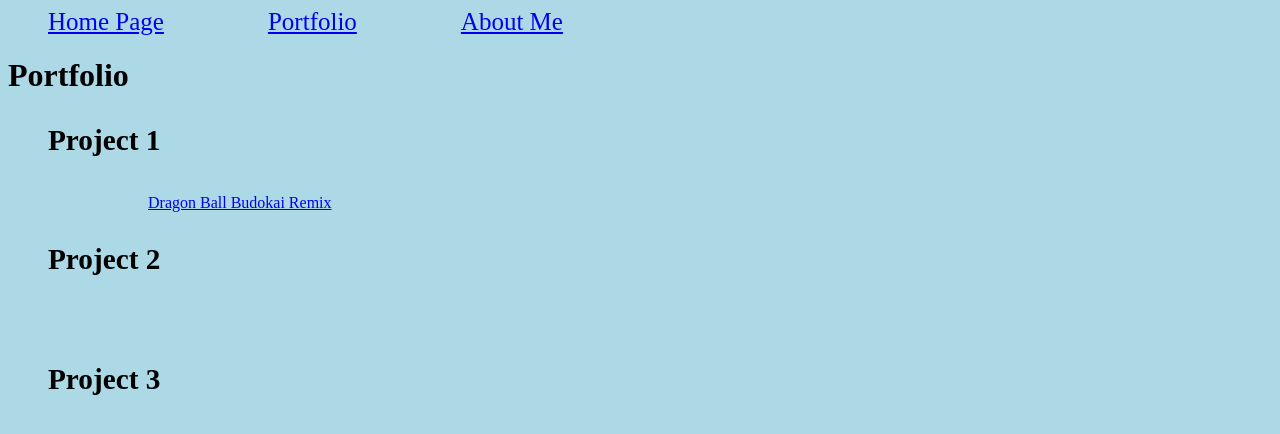
Repository: KevinAbr/KevinAbr.github.io
Page: portfolio.html
The author's editor kept a record of every edit. The page is drawn from the files as they stood at one moment, then again after the next edit.
The browser window is 1280 px wide. The pictures show the whole page.

Above is the page before.

After the next edit:
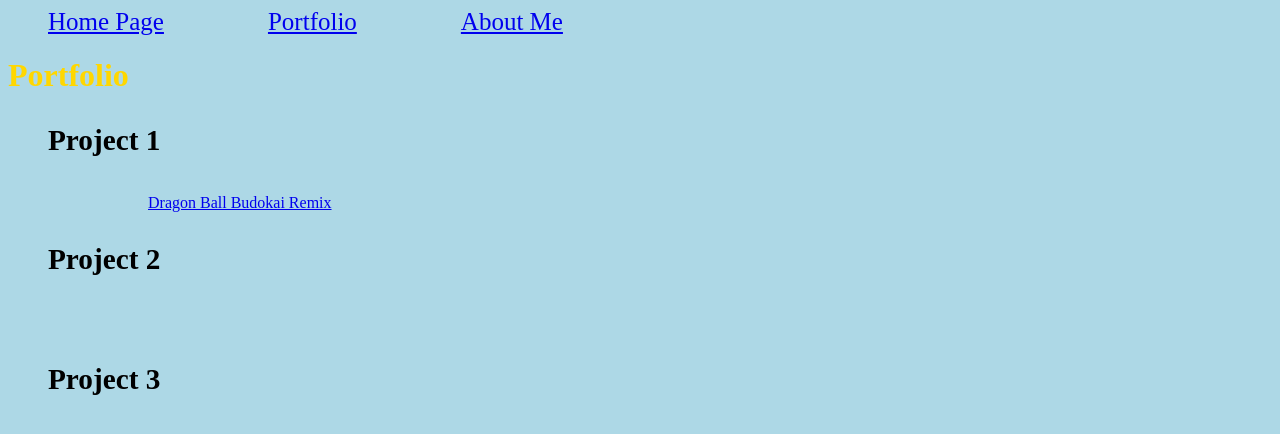
The edit:
--- a/portfolio.html
+++ b/portfolio.html
@@ -6,7 +6,7 @@
         li {display: inline; padding-right: 100px;}
         li {color:black; font-size: 25px;}
             body {
-                color:black;
+                color:gold;
         }
 
             body {
